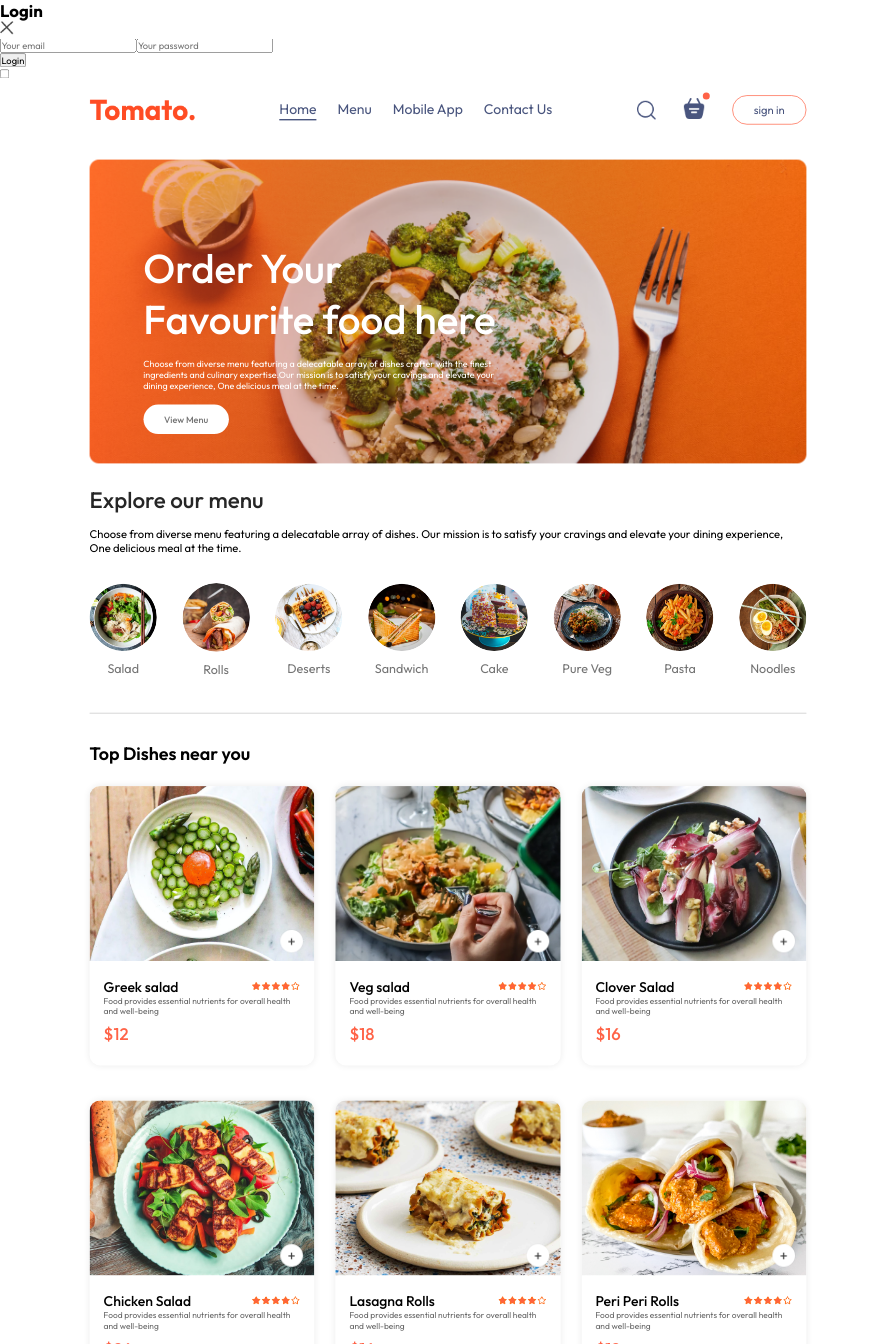
Repository: esakkiraj8104/FOOD_ORDER1
Page: /, after clicking the first element matching `button`
An editor plug-in stored every save of this project. The page is shown before and after a run of saves, followed by the edit.
The browser window is 1280 px wide. The pictures show the part of the page from y = 0 to 1920 px (the page is 6829 px tall before and 6849 px after), at 70% of full size.
The project was rebuilt for these pictures with package versions that can differ from the ones it lists, and the page was loaded fresh each time. Also part of the build but not shown: vite.config.js, src/pages/Cart/Cart.css, src/pages/Cart/Cart.jsx, src/components/LoginPopup/LoginPopup.css. Imported but missing from the stored project, and not drawn on this page: src/pages/PlaceOrder/PlaceOrder.

Above is the page before, as saved 2025-05-17 14:13:01.

### index.html
<!doctype html>
<html lang="en">
  <head>
    <meta charset="UTF-8" />
    <link rel="icon" type="image/svg+xml" href="/vite.svg" />
    <meta name="viewport" content="width=device-width, initial-scale=1.0" />
    <title>Tomoto food Web</title>
  </head>
  <body>
    <div id="root"></div>
    <script type="module" src="/src/main.jsx"></script>
  </body>
</html>

### src/main.jsx
import React from 'react'
import ReactDOM from 'react-dom/client'
import './index.css'
import App from './App.jsx'
import {BrowserRouter} from 'react-router-dom'
import StoreContextProvider from './Context/StoreContext.jsx'

ReactDOM.createRoot(document.getElementById('root')).render(
  <BrowserRouter>
    <StoreContextProvider>
      <App />
    </StoreContextProvider>

  </BrowserRouter>

)

### src/index.css
@import url('https://fonts.googleapis.com/css2?family=Outfit:wght@100..900&display=swap');

*{
  padding: 0;
  margin: 0;
  box-sizing: border-box;
  font-family: outfit;
  scroll-behavior: smooth;
}
body{
  min-height: 100vh;
}
a{
  text-decoration :none;
  color: inherit;
}
.app{
  width: 80%;
  margin: auto;
}

@keyframes fadeIn {
  0%{
    opacity: 0;
  }
  100%{
    opacity: 1;
  }
}

### src/App.jsx
import React,{ useState } from 'react'
import { Route, Routes } from 'react-router-dom'
import Home from './pages/Home/Home'
import Cart from './pages/Cart/Cart'
import PlaceOrder from './pages/PlaceOrder/PlaceOrder'
import Navbar from './components/Navbar/Navbar/Navbar'
import Footer from './components/Navbar/Footer/Footer'
import LoginPopup from './components/LoginPopup/LoginPopup'

const App = () => {

  const[showLogin,setShowLogin]= useState(false)
  return (

    <>
    {showLogin?<LoginPopup setShowLogin={setShowLogin}/>:<></>}
      <div className='app'>
        <Navbar setShowLogin={setShowLogin}/>
        <Routes >
          <Route path='/' element={<Home />} />
          <Route path='/cart' element={<Cart />} />
          <Route path='/order' element={<PlaceOrder />} />
        </Routes>
      </div>
      <Footer />

    </>


  )
}

export default App

### src/Context/StoreContext.jsx
import { createContext, useEffect, useState } from "react";
import { food_list } from "../assets/assets";

export const StoreContext = createContext(null)

const StoreContextProvider = (props) => {

    const [cartItems,setCartItems]= useState({});

    const addToCart = (itemId) => {
        if (!cartItems[itemId]) {
            setCartItems((prev)=>({...prev,[itemId]:1}))
        }
        else{
            setCartItems((prev)=>({...prev,[itemId]:prev[itemId]+1}))
        }
    }

    const removeFromCart = (itemId) =>{
        setCartItems((prev)=>({...prev,[itemId]:prev[itemId]-1}))
    }

    useEffect(()=>{
        console.log(cartItems);
    },[cartItems])

    const contextValue = {
        food_list,
        cartItems,
        setCartItems,
        addToCart,
        removeFromCart

    }
    return (
        <StoreContext.Provider value={contextValue}>
            {props.children}
        </StoreContext.Provider>
    )
}

export default StoreContextProvider;

### src/pages/Home/Home.jsx
import React, { useState } from 'react'
import './Home.css'
import Header from '../../components/Navbar/Header/Header'
import ExploreMenu from '../../components/Navbar/ExploreMenu/ExploreMenu'
import FoodDisplay from '../../components/Navbar/FoodDisplay/FoodDisplay'
import AppDownload from '../../components/Navbar/AppDownload/AppDownload'

const Home = () => {

    const [category,setCategory]=useState("All");



  return (
    <div>
      <Header/>
      <ExploreMenu category={category} setCategory={setCategory}/>
      <FoodDisplay category={category}/>
      <AppDownload/>
    </div>
  )
}

export default Home

### src/components/Navbar/Navbar/Navbar.jsx
import React, { useState } from 'react'
import './Navbar.css'
import { assets } from '../../../assets/assets'
import { Link } from 'react-router-dom';
const Navbar = ({setShowLogin}) => {

    const [menu,setMenu] = useState("home");
  return (
    <div className='navbar'>
        <img src={assets.logo} alt="" className="logo" />
        <ul className="navbar-menu">
        <Link to='/'className={menu === "home" ? "active" : ""} onClick={() => setMenu("home")}>Home</Link>
        <a href='#explore-menu' className={menu === "menu" ? "active" : ""} onClick={() => setMenu("menu")}>Menu</a>
        <a href='#app-download'className={menu === "mobile-app" ? "active" : ""} onClick={() => setMenu("mobile-app")}>Mobile App</a>
        <a href='#footer'className={menu === "contact us" ? "active" : ""} onClick={() => setMenu("contact us")}>Contact Us</a>
        </ul>
        <div className="navbar-right">
            <img src={assets.search_icon} alt="" />
            <div className="navbar-search-icon">
                <img src={assets.basket_icon} alt="" />
                <div className="dot"></div>
            </div>
            <button onClick={()=>setShowLogin(true)}>sign in</button>
        </div>
    </div>
  )
}

export default Navbar

### src/components/Navbar/Footer/Footer.jsx
import React from 'react'
import './Footer.css'
import { assets } from '../../../assets/assets'

const Footer = () => {
  return (

    <div className='footer' id='footer'>
      <div className="footer-content">
        <div className="footer-content-left">
          <img src={assets.logo} alt="" />
          <p>Craving something delicious? We bring your favorite meals from top restaurants straight to your door, hot and fresh.
            With fast delivery, secure payments, and  24/7 support, ordering food has never been easier.
            Tomato.com - Serving happiness, one order at a time.</p>
          <div className="footer-social-icons">
            <img src={assets.facebook_icon} alt="" />
            <img src={assets.twitter_icon} alt="" />
            <img src={assets.linkedin_icon} alt="" />
          </div>
        </div>
        <div className="footer-content-center">
          <h2>COMPANY</h2>
          <ul>
            <li>Home</li>
            <li>About us</li>
            <li>Delivery</li>
            <li>Privacy Policy</li>
          </ul>
        </div>
        <div className="footer-content-right">
          <h2>GET IN TOUCH</h2>
          <ul>
            <li>+91-8765434534</li>
            <li>contact@tomato.com</li>
          </ul>
        </div>
      </div>
      <hr />
      <p className="footer-copyright">© 2025 Tomato.com – All Rights Reserved.</p>
    </div>
  )
}

export default Footer

### src/components/LoginPopup/LoginPopup.jsx
import React, { useState } from 'react'
import './LoginPopup.css'
import { assets } from '../../assets/assets'

const LoginPopup = ({setShowLogin}) => {

    const[currState,setCurrState]= useState("Login")

  return (
    <div className='LoginPopup'>
      <form action="" className="login-popup-container">
        <div className="login-popup-title">
          <h2>{currState}</h2>
          <img onClick={()=>setShowLogin(false)} src={assets.cross_icon} alt="" />
        </div>
        <div className="login-popup-inputs">
          {currState==="Login"?<></>:<input type="text" placeholder='Your name'required />}
          <input type="email" placeholder='Your email'required />
          <input type="password" placeholder='Your password'required />
        </div>
        <button>{currState==="Sign Up"?"Create account":"Login"}</button>
        <div className="login-popup-condition">
          <input type="checkbox" required/>
          <p></p>
        </div>
      </form>
    </div>
  )
}

export default LoginPopup

### src/components/Navbar/Header/Header.jsx
import React from 'react'
import './Haeder.css'

const Header = () => {
  return (
    <div className='header'>
       <div className="header-contents">
        <h2>Order Your Favourite food here</h2>
        <p>Choose from diverse menu featuring a delecatable array of dishes crafter with the finest ingredients and culinary expertise.Our mission is to satisfy your cravings and elevate your dining experience, One delicious meal at the time. </p>
        <button>View Menu</button>
       </div>
    </div>

  )
}

export default Header

### src/components/Navbar/ExploreMenu/ExploreMenu.jsx
import React from 'react'
import './ExploreMenu.css'
import { menu_list } from '../../../assets/assets'
const ExploreMenu = ({category,setCategory}) => {
  return (
    <div className='explore-menu' id='explore-menu'>
        <h1>Explore our menu</h1>
        <p>Choose from diverse menu featuring a delecatable array of dishes. Our mission is to satisfy your cravings and elevate your dining experience, One delicious meal at the time. </p>
        <div className="explore-menu-list">
            {menu_list.map((item,index)=>{
                return (
                    <div onClick={()=>setCategory(prev=>prev===item.menu_name?"All":item.menu_name)} key={index} className='explore-menu-list-item'>
                        <img className={category===item.menu_name?"active":""} src={item.menu_image} alt="" />
                        <p>{item.menu_name}</p>
                    </div>
                )
            })}
        </div>
        <hr/>
    </div>
  )
}

export default ExploreMenu

### src/components/Navbar/FoodDisplay/FoodDisplay.jsx
import React, { useContext } from 'react'
import './FoodDisplay.css'
import { StoreContext } from '../../../Context/StoreContext'
import FoodItem from '../FoodItem/FoodItem'

const FoodDisplay = ({ category }) => {

  const { food_list } = useContext(StoreContext)

  return (
    <div className='food-display' id='food-display'>
      <h2>Top Dishes near you</h2>
      <div className="food-display-list">
        {food_list.map((item, index) => {
          if (category === "All" || category === item.category) {


            return <FoodItem key={index} id={item._id} name={item.name} description={item.description} price={item.price} image={item.image} />
          }
        })}
      </div>
    </div>
  )
}

export default FoodDisplay

### src/components/Navbar/AppDownload/AppDownload.jsx
import React from 'react'
import './AppDownload.css'
import { assets } from '../../../assets/assets'

const AppDownload = () => {
  return (
    <div className='app-download'id='app-download'>
      <p>For Better Experience Download <br /> Tomato App</p>
      <div className="app-download-platforms">
        <img src={assets.play_store} alt="" />
        <img src={assets.app_store} alt="" />

      </div>

    </div>
  )
}

export default AppDownload

### src/components/Navbar/Navbar/Navbar.css
.navbar{
    padding: 20px 0px;
    display: flex;
    justify-content: space-between;
    align-items: center;
}

.navbar .logo{
    width: 150px;
}

.navbar-menu{
    display: flex;
    list-style: none;
    gap: 30px;
    color: #49557e;
    font-size: 20px;
}

.navbar-right{
    display: flex;
    align-items: center;
    gap: 40px;
}

.navbar button{
    background: transparent;
    font-size: 16px;
    color: #49557e;
    border: 1px solid tomato;
    padding: 10px 30px;
    border-radius: 50px;
    cursor: pointer;
    transition: 0.3;
}

.navbar button:hover{
    background-color: #fff4f2;
}

.navbar .active{
    padding-bottom: 2px;
    border-bottom: 2px solid #49557e;
}

.navbar li{
    cursor: pointer;
}

.navbar-search-icon{
    position:relative;
}

.navbar-search-icon .dot{
    position: absolute;
    min-width: 10px;
    min-height: 10px;
    background-color: tomato;
    border-radius: 5px;
    top: -8px;
    right: -8px;
}
@media(max-width:1050px) {
    .navbar .logo{
        width: 140px;
    }
    .navbar-menu{
        gap: 20px;
        font-size: 17px;
    }
    .navbar-right{
        gap: 30px;
    }
    .navbar-right img{
        width: 22px;
    }
    .navbar-right button{
        padding: 8px 25px;
    }
}
@media(max-width:900px) {
    .navbar .logo{
        width: 120px;
    }
    .navbar-menu{
        gap: 15px;
        font-size: 16px;
    }
    .navbar-right{
        gap: 20px;
    }
    .navbar-right img{
        width: 20px;
    }
    .navbar-right button{
        padding: 7px 20px;
        font-size: 15px;
    }
}
@media(max-width:750px) {
    .navbar-menu{
        display: none;
    }
}

### src/components/Navbar/Footer/Footer.css
.footer{
    color: #d9d9d9;
    background: #323232;
    display: flex;
    flex-direction: column;
    align-items: center;
    gap: 20px;
    padding: 20px 8vw;
    padding-top: 80px;
    margin-top: 100px;

}

.footer-content{
    width: 100%;
    display: grid;
    grid-template-columns: 2fr 1fr 1fr;
    gap: 80px;
}
.footer-content-left, .footer-content-right, .footer-content-center{
    display: flex;
    flex-direction: column;
    align-items: start;
    gap: 20px;
}
.footer-content-left li, .footer-content-right li, .footer-content-center li{
    list-style: none;
    margin-bottom: 10px;
    cursor: pointer;
}
.footer-content-right h2, .footer-content-center h2 {
    color: white;
}
.footer-social-icons img{
    width: 40px;
    margin-right: 15px;
}
.footer hr{
    width: 100%;
    height: 2px;
    margin: 20px 0;
    background-color: grey;
    border: none;
}
@media (max-width:750px) {
    .footer-content{
        display: flex;
        flex-direction: column;
        gap: 35px;
    }
    .footer-copyright{
        text-align: center;
    }
}

### src/components/Navbar/Header/Haeder.css
.header{
    height: 34vw;
    margin: 30px auto;
    background: url('/header_img.png') no-repeat;
    background-size:  contain;
    position: relative;
}

.header-contents{
    position: absolute;
    display: flex;
    flex-direction: column;
    align-items: start;
    gap: 1.5vw;
    max-width: 50%;
    bottom: 10%;
    left: 6vw ;
    animation: fadeIn 3s;
}
.header-contents h2{
    font-weight: 500;
    color: white;
    font-size: max(4.5vw,22px);
}
.header-contents p{
    color: white;
    font-size: 1vw;
}
.header-contents button{
    border: none;
    color: #747474;
    font-weight: 500;
    padding: 1vw 2.3vw;
    background-color: white;
    font-size: max(1vw,13px);
    border-radius: 50px;
    cursor: pointer;
}
.header-contents button:hover{
    background-color: #fff4f2;
}
@media (max-width:1050px) {
    .header-contents{
        max-width: 45%;
    }
}
@media (max-width:750px) {
    .header-contents{
        max-width: 65%;
    }
    .header-contents p{
        display: none;
    }
    .header-contents button{
        padding: 2vw 4vw;
    }
}

### src/components/Navbar/ExploreMenu/ExploreMenu.css
.explore-menu{
    display:flex;
    flex-direction: column;
    gap: 20px;
}
.explore-menu h1{
    color: #262626;
    font-weight: 500 ;
}
.explore-menu-text{
    max-width: 60%;
    columns: #808080;
}
.explore-menu-list{
    display: flex;
    justify-content: space-between;
    align-items: center;
    gap: 30px;
    text-align: center;
    margin: 20px 0px;
    overflow-x: scroll;
}
.explore-menu-list::-webkit-scrollbar{
    display: none;
}
.explore-menu-list-item img{
    width: 7.5vw;
    min-width: 80px;
    cursor: pointer;
    border-radius: 50%;
    transition: 0.2s;
}
.explore-menu-list-item p{
    margin-top: 10px;
    color: #747474;
    font-size: max(1.4vw,16px);
    cursor: pointer;
}
.explore-menu hr{
    margin: 10px 0px;
    height: 2px;
    background-color: #e2e2e2;;
    border:none;
}
.explore-menu-list-item .active{
    border: 4px solid tomato;
    padding: 2px;
}
@media (max-width:1050px) {
    .explore-menu-text{
        max-width: 100%;
        font-size: 14px;
    }
}

### src/components/Navbar/FoodItem/FoodItem.jsx
import React, { useContext } from 'react'
import './FoodItem.css'
import { assets } from '../../../assets/assets'
import { StoreContext } from '../../../Context/StoreContext'
const FoodItem = ({id,name,price,description,image}) => {


    const {cartItems,addToCart,removeFromCart} = useContext(StoreContext);

  return (
    <div className='food-item'>
        <div className="food-item-img-container">
            <img className='food-item-image' src={image} alt="" />
            {!cartItems[id]
                ?<img className='add' onClick={()=>addToCart(id)} src={assets.add_icon_white} alt=""/>
                :<div className='food-item-counter'>
                  <img onClick={()=>removeFromCart(id)} src={assets.remove_icon_red} alt="" />
                  <p>{cartItems[id]}</p>
                  <img onClick={()=>addToCart(id)}  src={assets.add_icon_green} alt="" />
                </div>
            }
        </div>
        <div className="food-item-info">
            <div className="food-item-name-rating">
                <p>{name}</p>
                <img src={assets.rating_starts} alt="" />
            </div>
            <p className="food-item-desc">{description}</p>
            <p className="food-item-price">${price}</p>
        </div>

    </div>
  )
}

export default FoodItem

### src/components/Navbar/AppDownload/AppDownload.css
.app-download{
    margin: auto auto;
    margin-top: 100px;
    font-size: max(3vw,20px);
    text-align: center;
    font-weight: 500;
}
.app-download-platforms{
    display: flex;
    justify-content: center;
    gap: max(2vw,10px);
    margin-top: 40px;
}
.app-download-platforms img{
    width: max(30vw,120px);
    max-width: 180px;
    transition: 0.5s;
    cursor:pointer;
}
.app-download-platforms img:hover{
    transform: scale(1.1);
}

### src/components/Navbar/FoodItem/FoodItem.css
.food-item{
    width: 100%;
    margin: auto;
    border-radius: 15px;
    box-shadow: 0px 0px 10px #00000015;
    transition: 0.3s;
    animation: fadeIn 1s;
}
.food-item-image{
    width: 100%;
    border-radius: 15px 15px 0px 0px;

}
.food-item-info{
    padding: 20px;
}
.food-item-name-rating{
    display: flex;
    justify-content: space-between;
    align-items: center;
    margin-bottom: 100;
}
.food-item-name-rating p{
    font-size: 20px;
    font-weight: 500;
}
.food-item-name-rating img{
    width: 70px;
}
.food-item-desc{
    color: #676767;
    font-size: 12px;
}
.food-item-price{
    color: tomato;
    font-size: 24px;
    font-weight: 500;
    margin: 10px 0px;
}
.food-item-img-container{
    position: relative;
}
.food-item-img-container .add{
    width: 35px;
    position: absolute;
    bottom: 15px;
    right: 15px;
    cursor: pointer;
    border-radius: 50%;
}
.food-item-counter{
    position: absolute;
    bottom: 15px;
    right:15px;
    display: flex;
    align-items: center;
    gap: 10px;
    padding: 6px;
    border-radius: 50px;
    background-color: white;
}
.food-item-counter img{
    width: 30px;
}

Loaded but not shown: src/components/Navbar/FoodDisplay/FoodDisplay.css (common file); src/assets/assets.js (350 lines, source omitted); src/pages/Home/Home.css (no stored copy; drawn as an empty file)

After the next 2 saves:
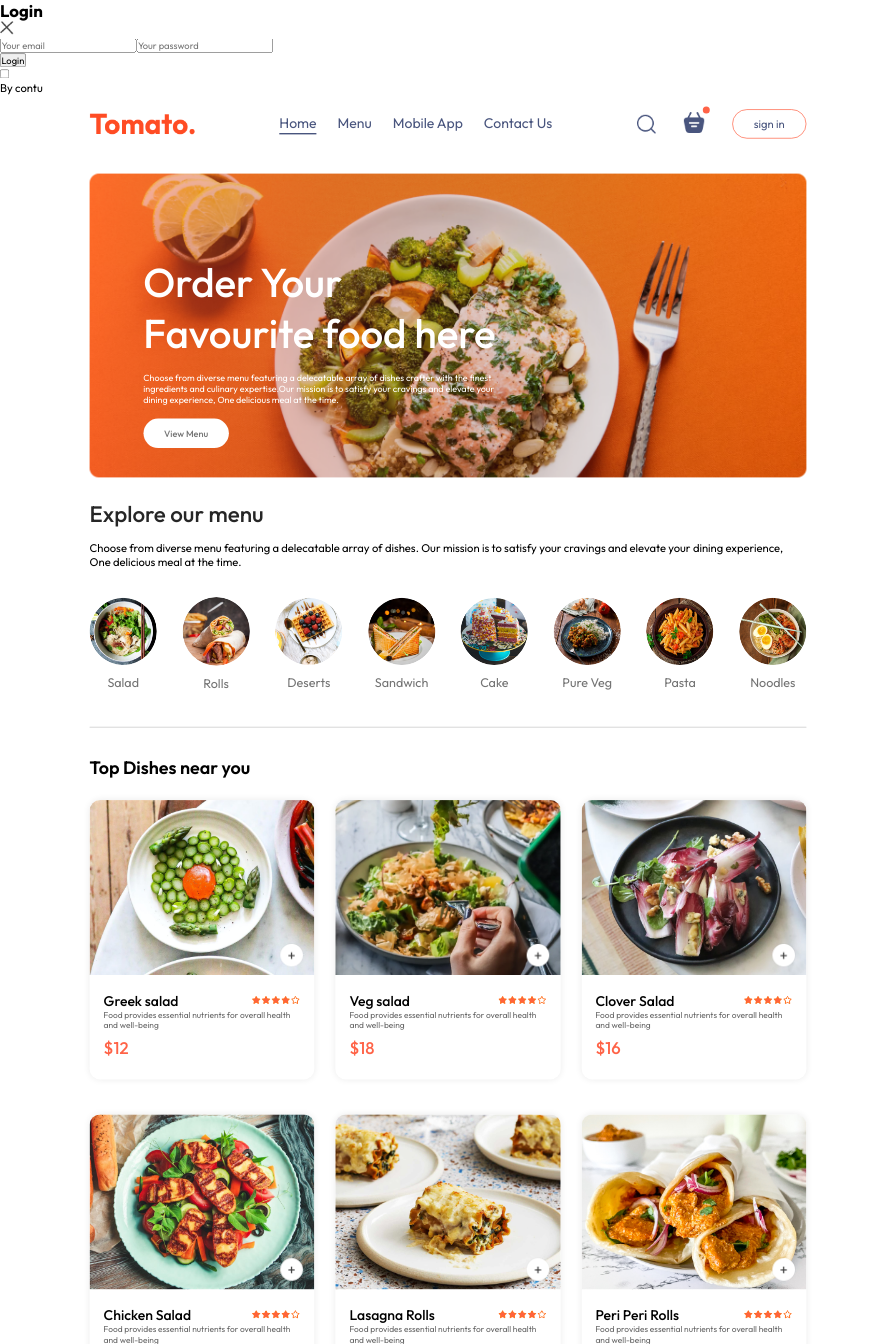
The 2 saves are shown as one change because they came seconds apart.
The last was saved 7 s later.
--- a/src/components/LoginPopup/LoginPopup.jsx
+++ b/src/components/LoginPopup/LoginPopup.jsx
@@ -21,7 +21,7 @@ const LoginPopup = ({setShowLogin}) => {
         <button>{currState==="Sign Up"?"Create account":"Login"}</button>
         <div className="login-popup-condition">
           <input type="checkbox" required/>
-          <p></p>
+          <p>By contu</p>
         </div>
       </form>
     </div>
